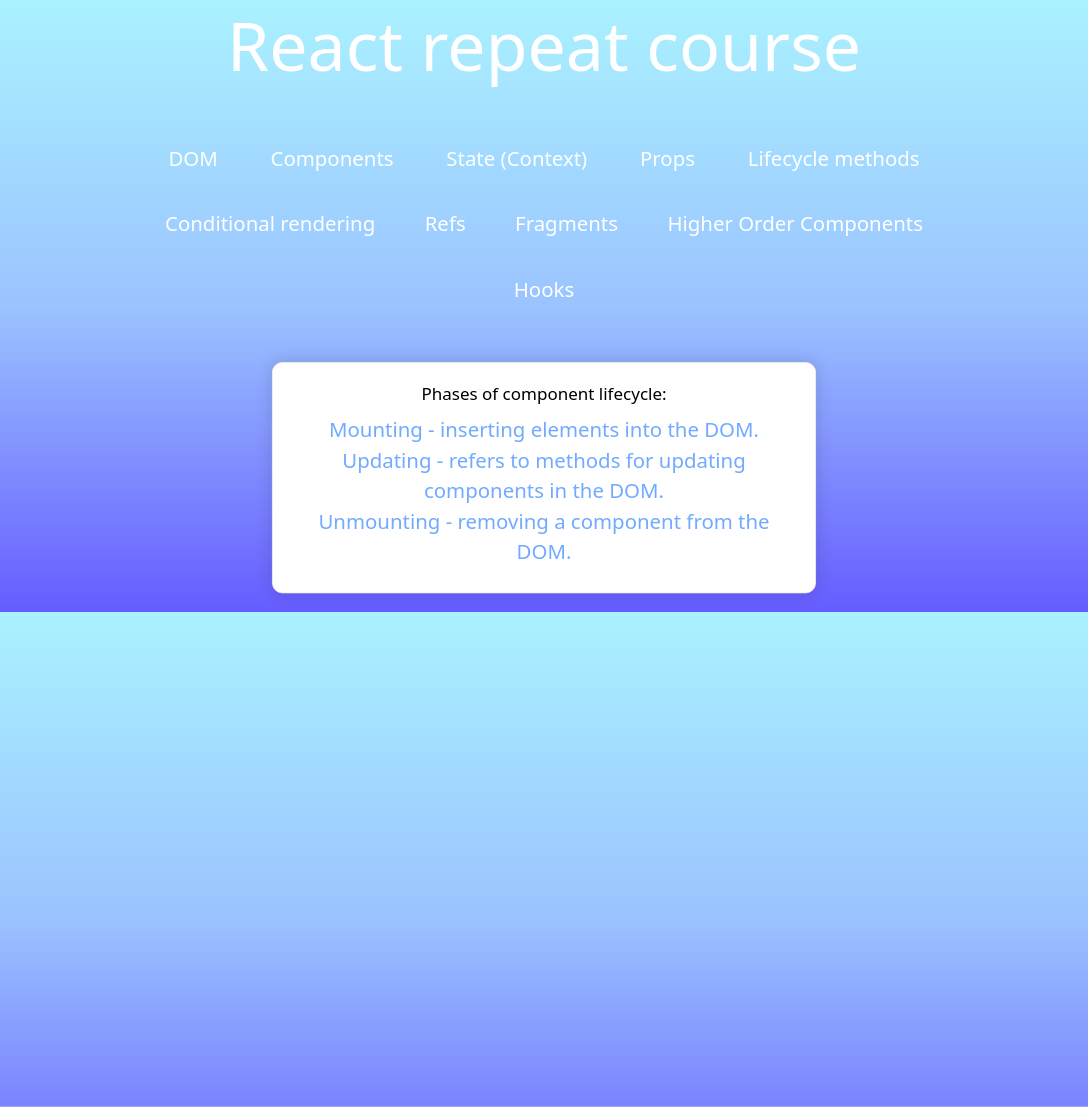
Repository: michalgornicki/github
Page: /#/Lifecycle
The author's editor kept a copy of each file at every save. The page is drawn from the files as they stood at one save, then again after the next save.
The browser window is 1280 px wide. The pictures show the whole page, at 85% of full size.
Backgrounds fixed to the window are drawn as part of the page. The project was rebuilt for these pictures with package versions that can differ from the ones it lists, and the page was loaded fresh each time. Also part of the build but not shown: src/components/dom.jsx, src/components/components.jsx, src/components/state.jsx, src/components/props.jsx, src/components/conditional.jsx, src/components/refs.jsx, src/components/fragments.jsx, src/components/hoc.jsx and 1 more.

Above is the page before, as saved 2022-02-07 13:07:06.

### src/App.jsx
import React from "react";
import "./App.css";
import "bootstrap/dist/css/bootstrap.min.css";
import { Route, HashRouter as Router, Routes, Link } from "react-router-dom";
import DOM from "./components/dom.jsx";
import Components from "./components/components.jsx";
import State from "./components/state.jsx";
import Props from "./components/props.jsx";
import Lifecycle from "./components/lifecycle.jsx";
import Conditional from "./components/conditional.jsx";
import Refs from "./components/refs.jsx";
import Fragments from "./components/fragments.jsx";
import HOC from "./components/hoc.jsx";
import Hooks from "./components/hooks.jsx";

const App = () => {
  return (
    <Router>
      <div className="text-center">
        <div className="display-1 mt-1 mb-5 text-white">React repeat course</div>

        <div className="h4 d-flex w-75 m-auto my-5 justify-content-evenly flex-wrap text-white">
          <Link className="link-style m-3" to="/">
            DOM
          </Link>
          <Link className="link-style m-3" to="/Components">
            Components
          </Link>
          <Link className="link-style m-3" to="/State">
            State (Context)
          </Link>
          <Link className="link-style m-3" to="/Props">
            Props
          </Link>
          <Link className="link-style m-3" to="/Lifecycle">
            Lifecycle methods
          </Link>
          <Link className="link-style m-3" to="/Conditional">
            Conditional rendering
          </Link>
          <Link className="link-style m-3" to="/Refs">
            Refs
          </Link>
          <Link className="link-style m-3" to="/Fragments">
            Fragments
          </Link>
          <Link className="link-style m-3" to="/HOC">
            Higher Order Components
          </Link>
          <Link className="link-style m-3" to="/Hooks">
            Hooks
          </Link>
        </div>

        <Routes>
          <Route path="/" element={<DOM />} />
          <Route path="/Components" element={<Components />} />
          <Route path="/State" element={<State />} />
          <Route path="/Props" element={<Props />} />
          <Route path="/Lifecycle" element={<Lifecycle />} />
          <Route path="/Conditional" element={<Conditional />} />
          <Route path="/Refs" element={<Refs />} />
          <Route path="/Fragments" element={<Fragments />} />
          <Route path="/HOC" element={<HOC />} />
          <Route path="/Hooks" element={<Hooks />} />
        </Routes>
      </div>
    </Router>
  );
};

export default App;

### src/App.css
@import url('https://fonts.googleapis.com/css2?family=Catamaran:wght@400&display=swap');

body{
    font-family: 'Catamaran', sans-serif;
    overflow-x: hidden;
    padding-bottom: 80vh;
    height: auto;
    background: linear-gradient(rgb(170, 242, 255), rgb(155, 195, 255), rgb(102, 92, 255));
    background-attachment: fixed;
}

.js-item{
    color:rgb(0, 0, 0);
    font-size: 1.25rem;
    background-color: white;
    transition: 0.2s;
    padding: 3vh;
    margin-bottom: 4vh!important;
    border: 1px solid rgb(240, 240, 240);
    width: 50%;
    margin-left: auto;
    margin-right: auto;
    box-shadow: 0px 0px 20px rgba(0, 0, 0, 0.15);
    border-radius: 0.75rem;
}

.js-item:hover{
    cursor: pointer;
    background-color: rgb(240, 240, 240);
}

.text-color{
    margin: auto;
    padding: 0.5rem;
    width: fit-content;
    color:rgb(113, 170, 255)!important;
    font-size: 1.5rem;
    border-radius: 1rem;
}

.link-style{
    color: inherit;
    text-decoration: inherit;
    padding: 0.5rem;
    border-radius: 0.5rem;
}

.link-style:hover{
    color: rgb(113, 170, 255);
    text-decoration: inherit;
}

@media only screen and (max-device-width: 600px), (max-width: 600px) {

    .js-item{
        width: 95%;
    }

}

### src/components/lifecycle.jsx
const Lifecycle = () => {
  return (
    <div className="">
      <div className="js-item">
        {" "}
        <div className="">Phases of component lifecycle: </div>
        <div className="text-color">
          {`Mounting - inserting elements into the DOM.`} <br />
          {`Updating - refers to methods for updating components in the DOM.`} <br />
          {`Unmounting - removing a component from the DOM.`}{" "}
        </div>{" "}

      </div>
    </div>
  );
};

export default Lifecycle;

Loaded but not shown: public/index.html (common file); src/index.js (common file); src/index.css (common file); src/reportWebVitals.js (common file)

After the next save:
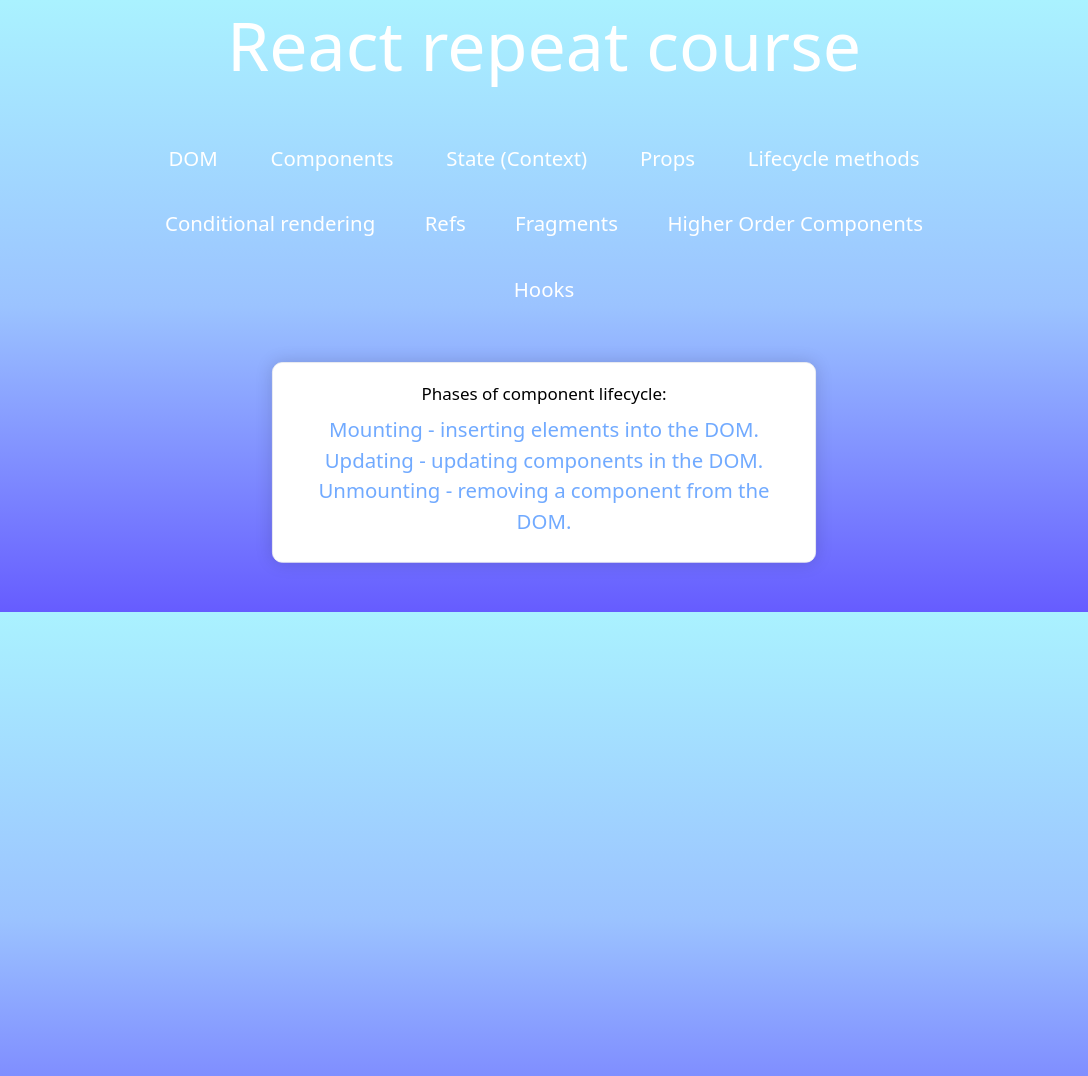
Saved 18 s later.
--- a/src/components/lifecycle.jsx
+++ b/src/components/lifecycle.jsx
@@ -6,7 +6,7 @@
         <div className="">Phases of component lifecycle: </div>
         <div className="text-color">
           {`Mounting - inserting elements into the DOM.`} <br />
-          {`Updating - refers to methods for updating components in the DOM.`} <br />
+          {`Updating - updating components in the DOM.`} <br />
           {`Unmounting - removing a component from the DOM.`}{" "}
         </div>{" "}
 
